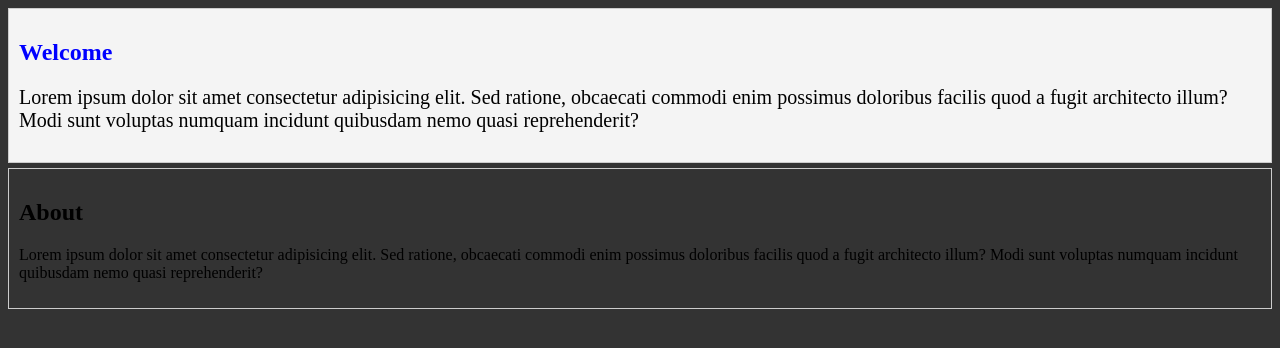
Repository: andiausrust/css-traversy
Page: css-basics/01_basic.html
An editor plug-in stored every save of this project. The page is shown before and after the next save, followed by the edit.
The browser window is 1280 px wide. The pictures show the whole page.

Above is the page before, as saved 2020-08-19 10:14:21.

After the next save:
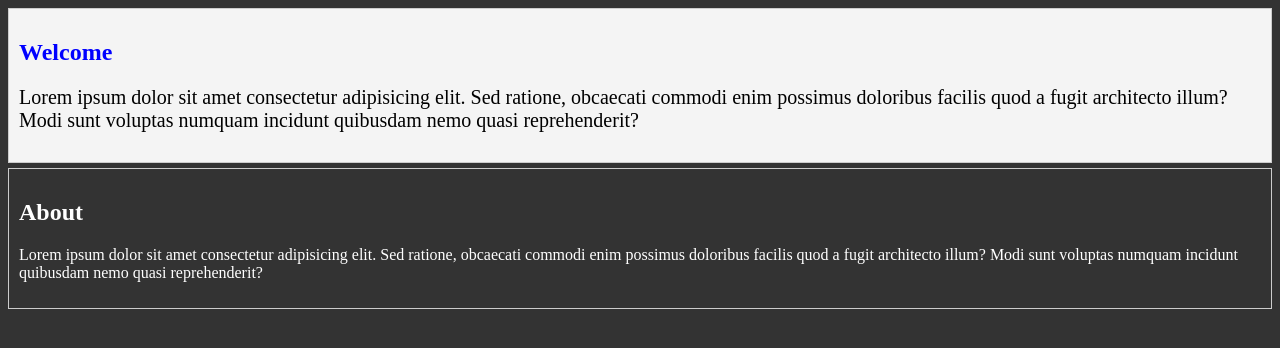
Saved 20 s later.
--- a/css-basics/css/style.css
+++ b/css-basics/css/style.css
@@ -24,3 +24,7 @@ h2#primary-heading {
 body {
     background-color: #333;
 }
+
+#about {
+    color: white;
+}
